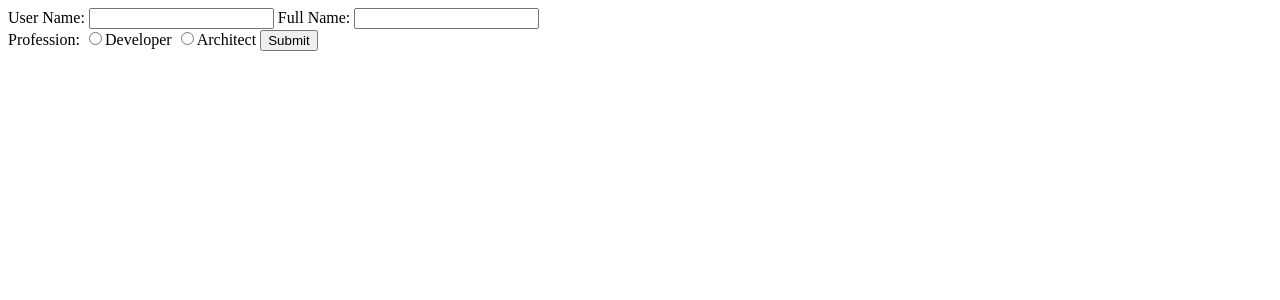
Repository: Yogi-Choudhary/AdvancedJava
Page: SimpalServletPjt/WebContent/index.html
These files come from the project's save history. The page is drawn as it stood at one moment and after the next save; the edit follows.
The browser window is 1280 px wide. The pictures show the whole page.

Above is the page before, as saved 2019-06-20 14:53:13.

### SimpalServletPjt/WebContent/index.html
<!DOCTYPE html>
<html>
<head>
<meta charset="UTF-8">
<title>Simpal Web Application</title>
</head>
<body>
  <form method="post" action="XmlServlet">
    User Name: <input name="userName"/>
    Full Name: <input name="fullName"/>
    <br>
      Profession:
      <input type="radio" name="prof" value="Developer">Developer</input>
      <input type="radio" name="prof" value="Architect">Architect</input>
    <input type="submit"/>
  </form>
</body>
</html>

After the next save:
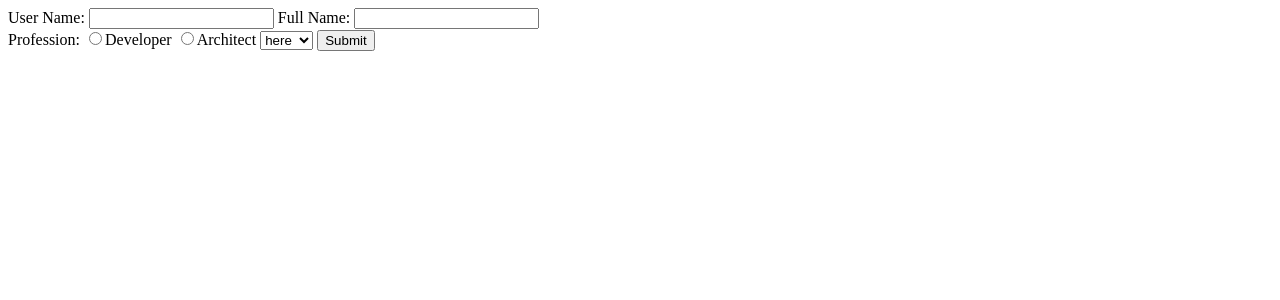
Saved 3 s later.
--- a/SimpalServletPjt/WebContent/index.html
+++ b/SimpalServletPjt/WebContent/index.html
@@ -12,6 +12,10 @@
       Profession:
       <input type="radio" name="prof" value="Developer">Developer</input>
       <input type="radio" name="prof" value="Architect">Architect</input>
+      <select name="location">
+        <option value="here">here</option>
+        <option value="there">there</option>
+      </select>
     <input type="submit"/>
   </form>
 </body>
